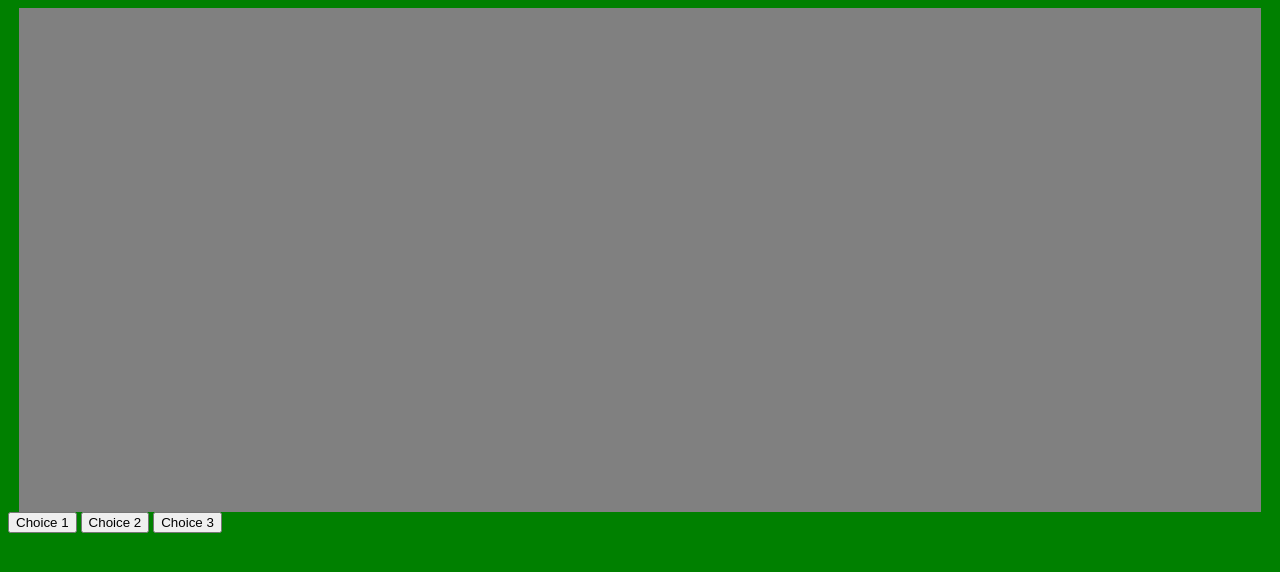
Repository: nguyenlejoe/Dynamic_notSoSherlock
Page: MultiChoice/MultiChoice.html
These files come from the project's save history. The page is drawn as it stood at one moment and after a run of saves; the edit follows.
The browser window is 1280 px wide. The pictures show the whole page.

Above is the page before, as saved 2020-03-05 18:35:13.

After the next 2 saves:
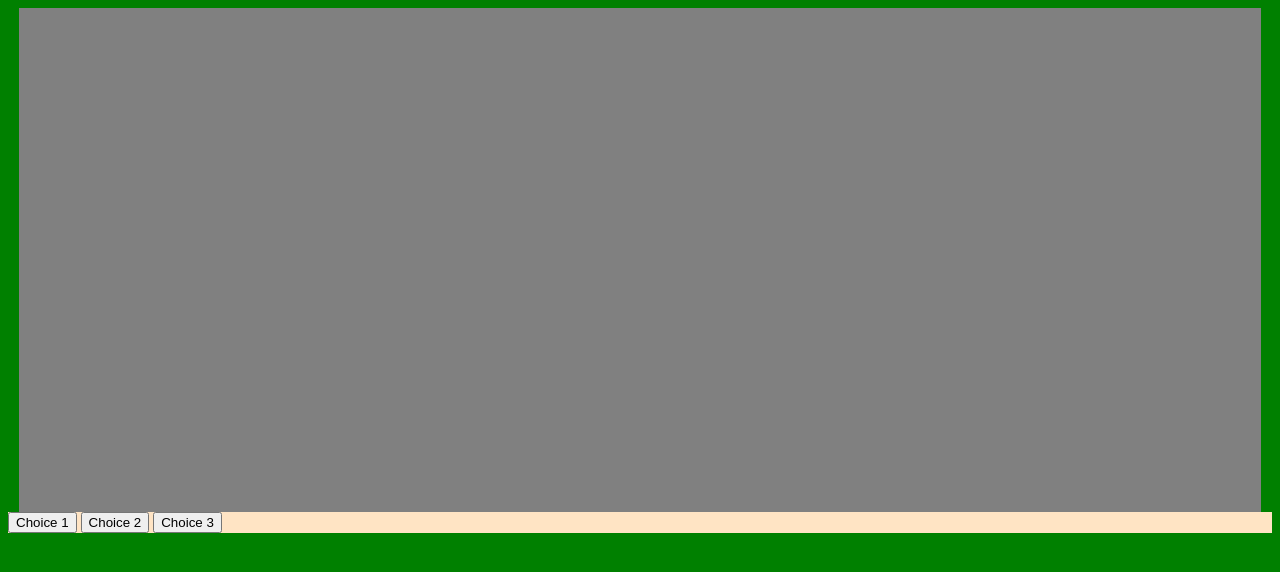
The 2 saves are shown as one change because they came seconds apart.
The last was saved 19 s later.
--- a/MultiChoice/MultiChoice.css
+++ b/MultiChoice/MultiChoice.css
@@ -15,7 +15,7 @@ body{
 }
 
 #multiChoice{
-    background-color:;
+    background-color:bisque;
     width: 100%;
     height: 30%;
 }
